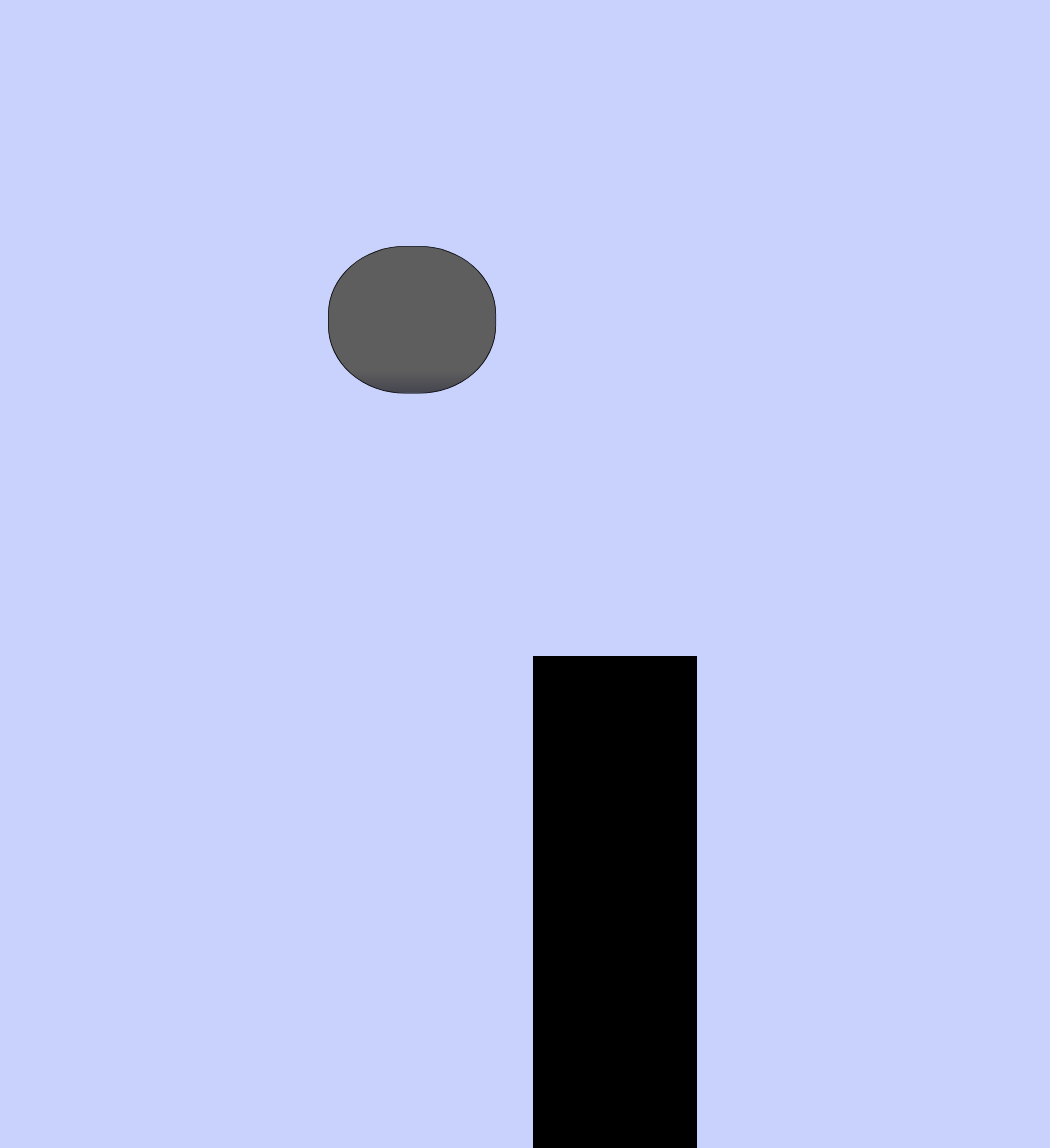
Repository: Lungdjos/cat_painting
Page: index.html
An editor plug-in stored every save of this project. The page is shown before and after a run of saves, followed by the edit.
The browser window is 1280 px wide. The pictures show the whole page, at 82% of full size.

Above is the page before, as saved 2023-11-06 22:18:03.

After the next 2 saves:
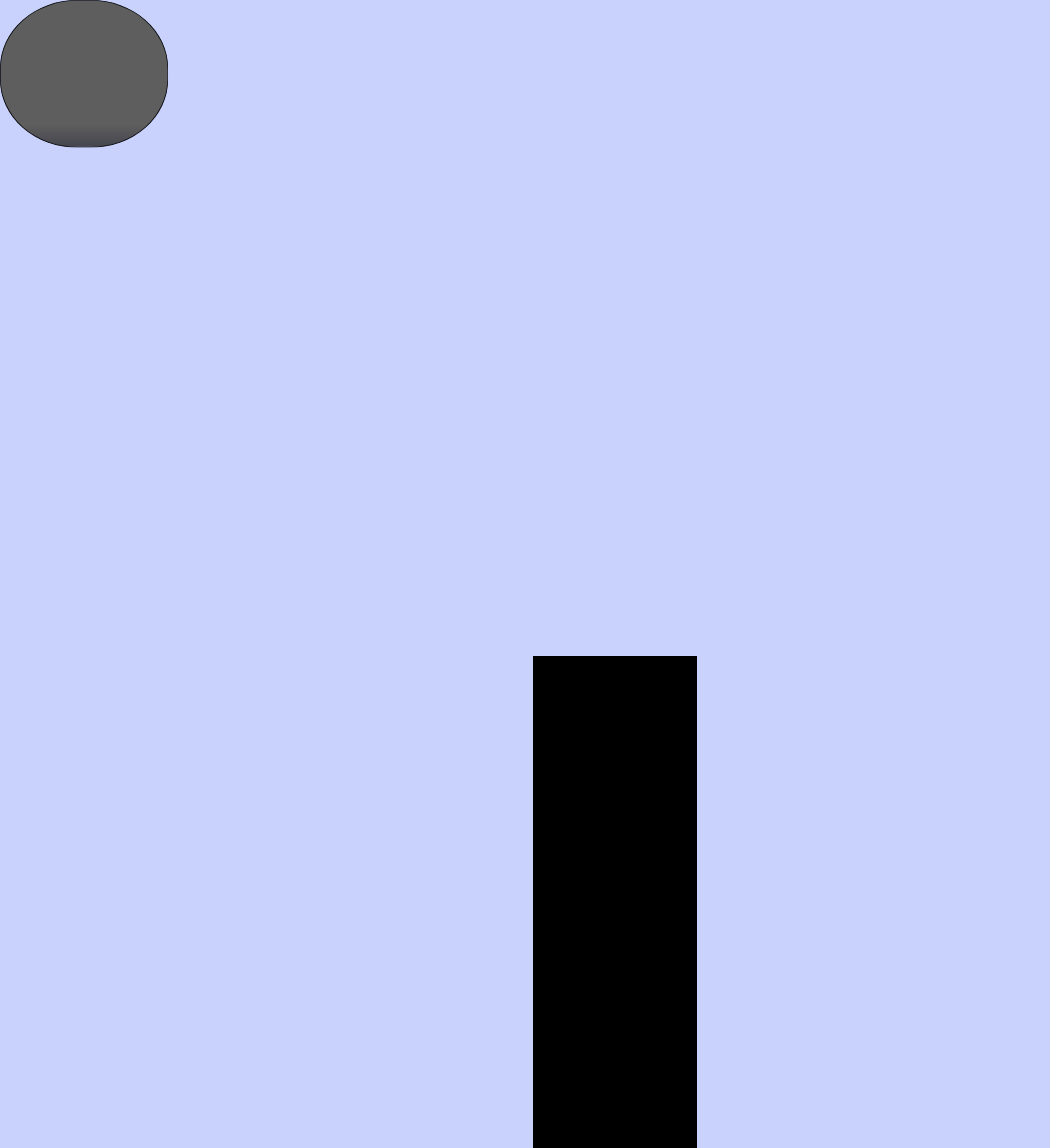
The 2 saves are shown as one change because they came seconds apart.
The last was saved 3 min 59 s later.
--- a/styles.css
+++ b/styles.css
@@ -15,8 +15,8 @@
     border-radius: 46%;
     background: linear-gradient(#5e5e5e 85%, #45454f 100%);
     position: fixed;
-    top: 300px;
-    left: 400px;
+    top: 0;
+    left: 0;
 }
 
 .box {
